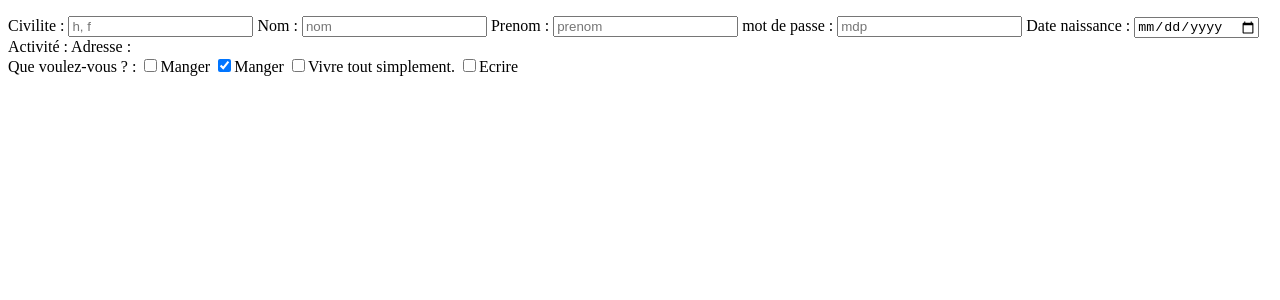
Repository: Douzal/AFCEPF_Architecte_Logiciel
Page: Workspace_Alexis/PremierWebv2/src/main/webapp/Form.html
These files come from the project's save history. The page is drawn as it stood at one moment and after the next save; the edit follows.
The browser window is 1280 px wide. The pictures show the whole page.

Above is the page before, as saved 2018-03-14 14:04:29.

### Workspace_Alexis/PremierWebv2/src/main/webapp/Form.html
<!DOCTYPE html>
<html>
<head>
<meta charset="UTF-8">
<title>-- Formulaire --</title>
</head>
<body>

<form action="formulaire.html" method="post">
	<p>
	<label for="civ">Civilite : </label><input id="civ" name="civ" type="text" placeholder="h, f"></input>
	<label for="nom">Nom : </label><input id="nom" name="nom" type="text" placeholder="nom"></input>
	<label for="prenom">Prenom : </label><input id="prenom" name=""prenom"" type="text" placeholder="prenom"></input>
	<label for="mdp">mot de passe : </label><input id="mdp" name=""mdp"" type="password" placeholder="mdp"></input>
	<label for="dob">Date naissance : </label><input id="dob" name=""mdp"" type="date" placeholder="Naissance"></input>
	<label>Activité : </label>
	<label>Adresse : </label>
	<br />

	<label>Que voulez-vous ? :</label>
	<input type="checkbox" name="manger" id="manger"/><label for="manger">Manger</label>
	<input type="checkbox" name="boire" checked="checked" id="boire"/><label for="boire">Manger</label>
	<input type="checkbox" name="vivre" id="vivre" /><label for="vivre">Vivre tout simplement.</label>
	<input type="checkbox" name="ecrire" /><label for="ecrire">Ecrire</label>

	</p>
</form>


</body>
</html>

After the next save:
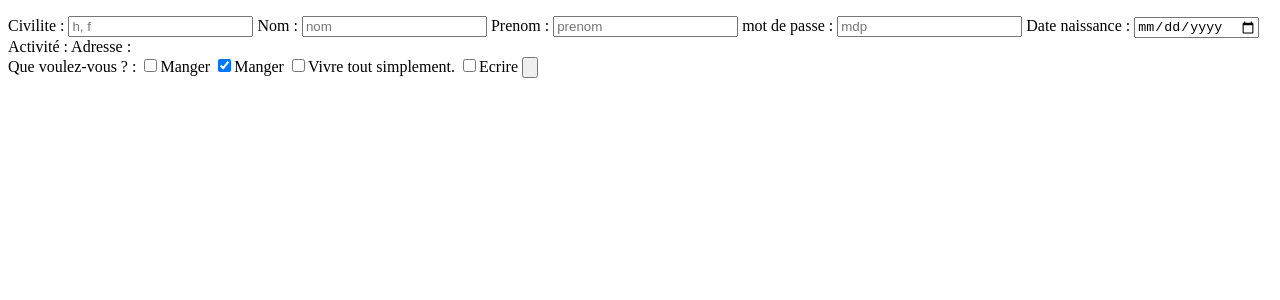
Saved 7 min 6 s later.
--- a/Workspace_Alexis/PremierWebv2/src/main/webapp/Form.html
+++ b/Workspace_Alexis/PremierWebv2/src/main/webapp/Form.html
@@ -23,6 +23,7 @@
 	<input type="checkbox" name="vivre" id="vivre" /><label for="vivre">Vivre tout simplement.</label>
 	<input type="checkbox" name="ecrire" /><label for="ecrire">Ecrire</label>
 
+	<input type="submit" name="sendForm" value="" />
 	</p>
 </form>
 
